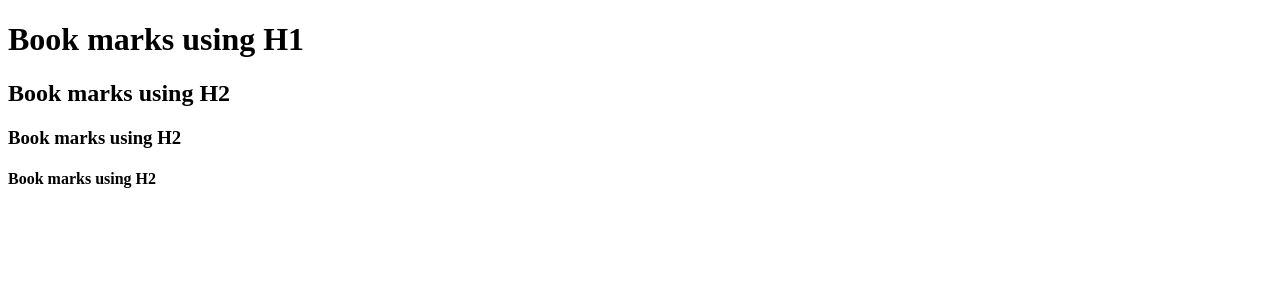
Repository: Mohan2347/Project-2
Page: 2.html
An editor plug-in stored every save of this project. The page is shown before and after a run of saves, followed by the edit.
The browser window is 1280 px wide. The pictures show the whole page.

Above is the page before, as saved 2024-11-02 20:33:30.

### 2.html
<!DOCTYPE html>
<html lang="en">
<head>
    <meta charset="UTF-8">
    <meta name="viewport" content="width=device-width, initial-scale=1.0">
    <title>MyBookmarks-Mohan</title>
</head>
<body>
    <h1>Book marks using H1</h1>
    <h2>Book marks using H2</h2>
    <h3>Book marks using H2</h3>
    <h4>Book marks using H2</h4>
    <h5></h5>
</body>
</html>

After the next 5 saves:
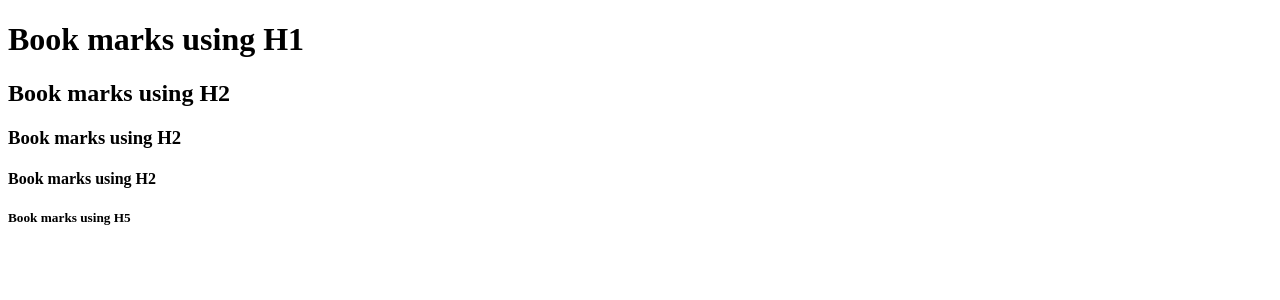
The 5 saves are shown as one change because they came seconds apart.
The last was saved 16 s later.
--- a/2.html
+++ b/2.html
@@ -10,6 +10,7 @@
     <h2>Book marks using H2</h2>
     <h3>Book marks using H2</h3>
     <h4>Book marks using H2</h4>
-    <h5></h5>
+    <h5>Book marks using H5</h5>
+    <h6></h6>
 </body>
 </html>
